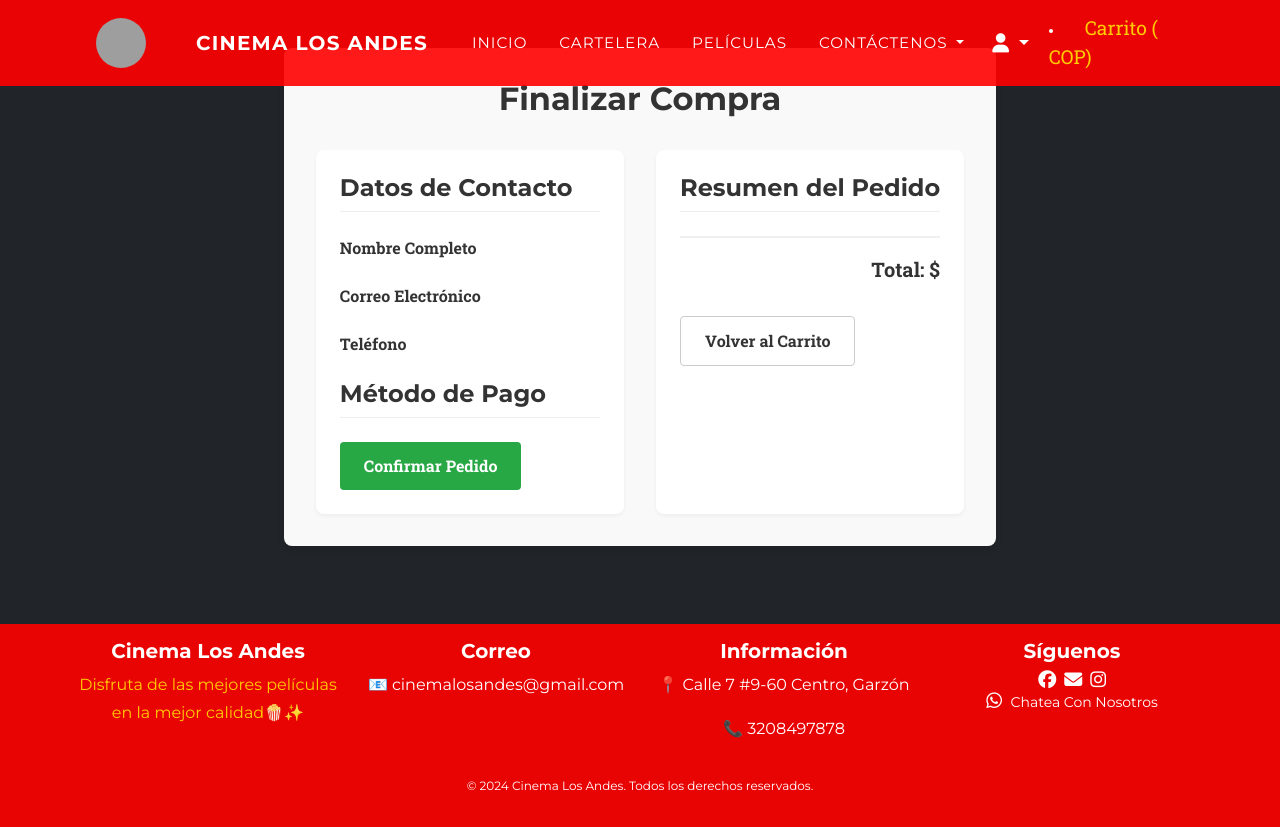
Repository: FelipeADSO/PROYECTO-SENA-FINAL
Page: cinema/templates/finalizar_compra.html
These files come from the project's save history. The page is drawn as it stood at one moment and after the next save; the edit follows.
The browser window is 1280 px wide. The pictures show the whole page.
Pictures or frames that could not be fetched are drawn as grey boxes. Some web libraries are served in a nearby version. The template is drawn by Django 5.2. The application's start-up code is not run. The template is opened directly, without the code that normally fills it, so the values that code supplies are empty.

Above is the page before, as saved 2025-03-06 07:01:07.

After the next save:
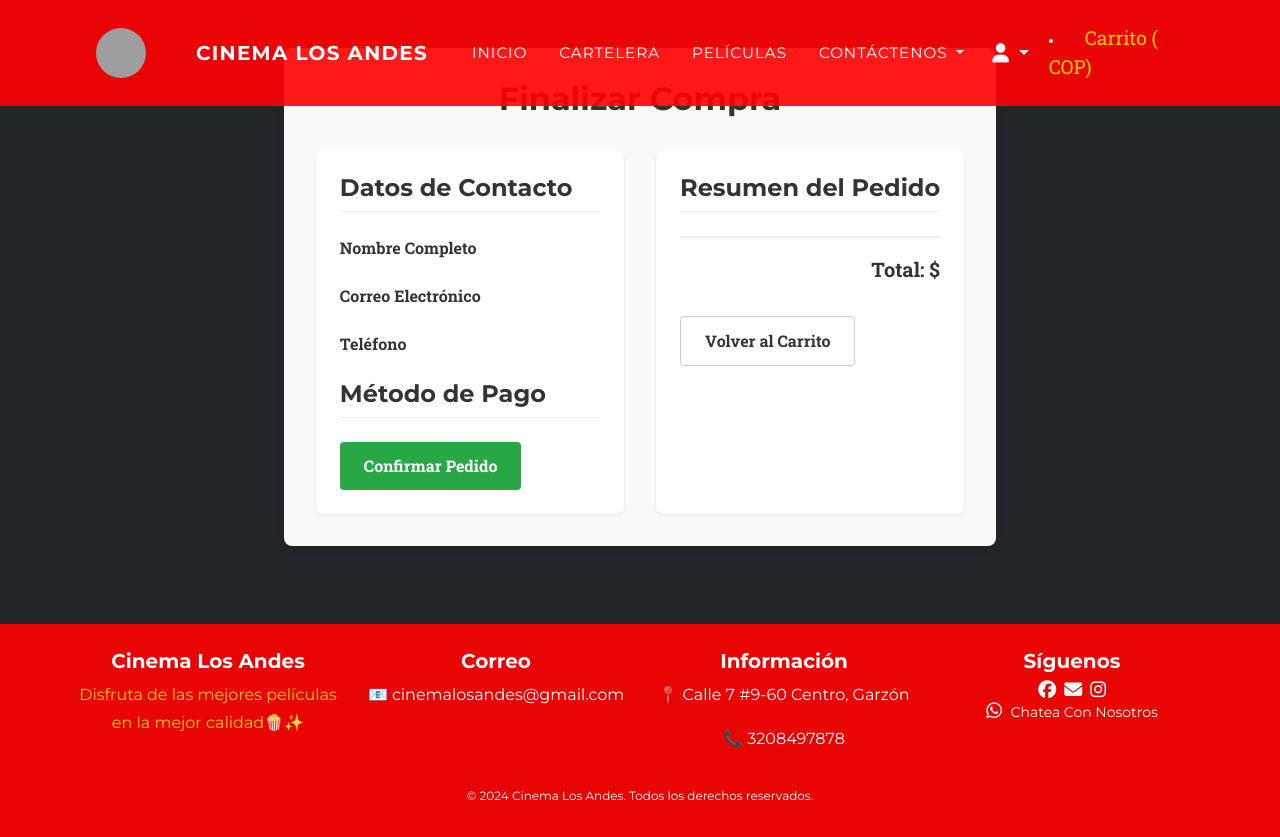
Saved 5 s later.
--- a/cinema/templates/finalizar_compra.html
+++ b/cinema/templates/finalizar_compra.html
@@ -10,7 +10,7 @@
     .container {
         width: 90%;
         max-width: 1200px;
-        margin: 10 auto;
+        margin: 10px auto;
     }
 
     /* Header */
